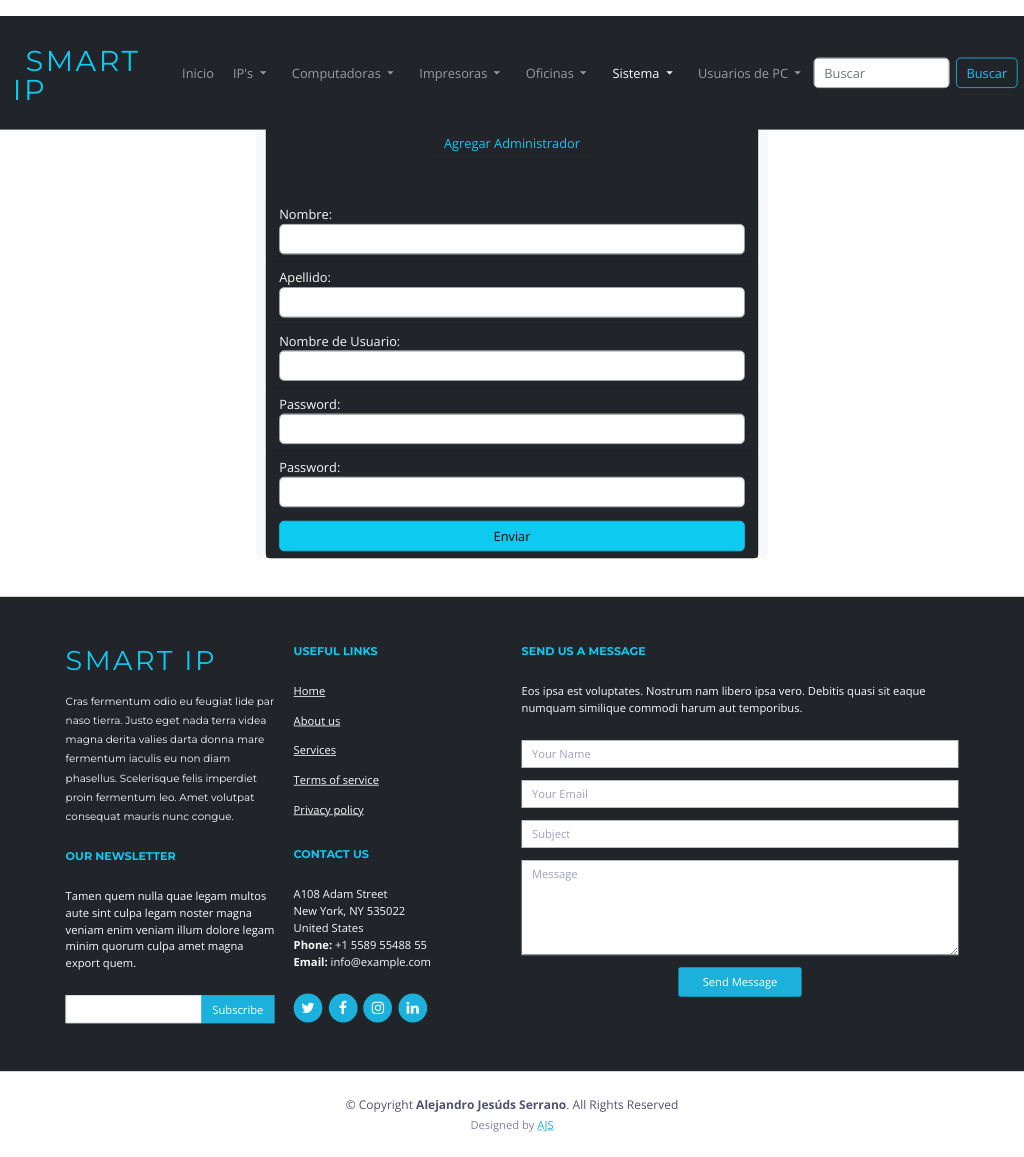
Repository: AlejandroJesusSerrano/SmartIPs
Page: smartip/smartipnav/templates/smartipnav/user_form.html
The author's editor kept a copy of each file at every save. The page is drawn from the files as they stood at one save, then again after the next save.
The browser window is 1280 px wide. The pictures show the whole page, at 80% of full size.
The page is served by the project's application, run on Django 4.2 (smartip/manage.py). The template is opened directly, without the code that normally fills it, so the values that code supplies are empty.

Above is the page before, as saved 2022-11-14 13:26:30.

After the next save:
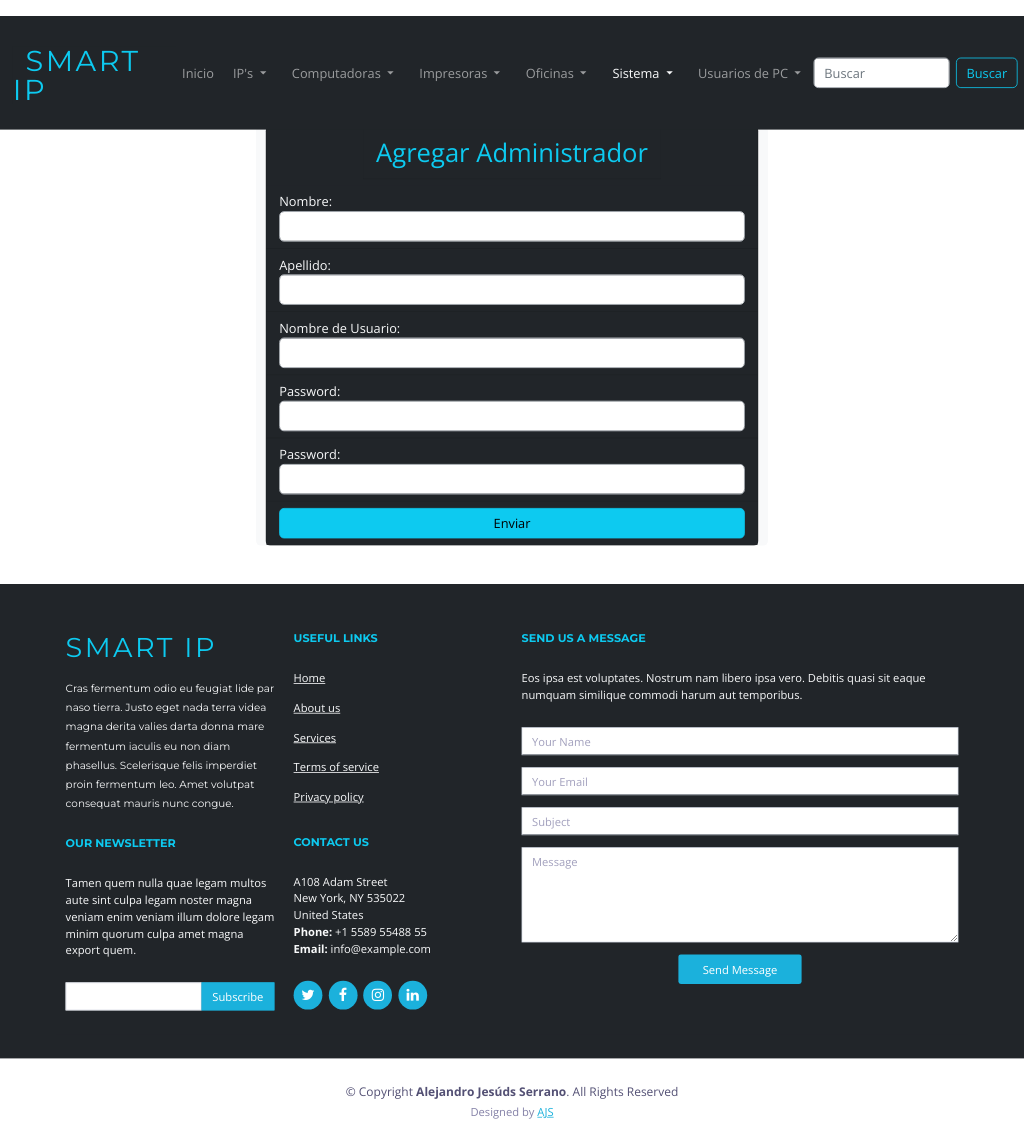
Saved 22 s later.
--- a/smartip/smartipnav/templates/smartipnav/user_form.html
+++ b/smartip/smartipnav/templates/smartipnav/user_form.html
@@ -9,9 +9,9 @@
     <div class="container col-lg-6 bg-light rounded">
         <div class="card mx-auto mt-5 bg-dark style="width: 20rem;">
             <div class="card-header bg-dark text-info mx-auto">
-              Agregar Administrador
+                <p class="fs-2 my-0">Agregar Administrador</p>
             </div>
-            <form id=printer_add_form action="" method="post" class="mt-5">
+            <form id=printer_add_form action="" method="post" class="mt-2">
                 {% csrf_token %}
                 <ul class="list-group list-group-flush">
                     <li class="list-group-item bg-dark">
